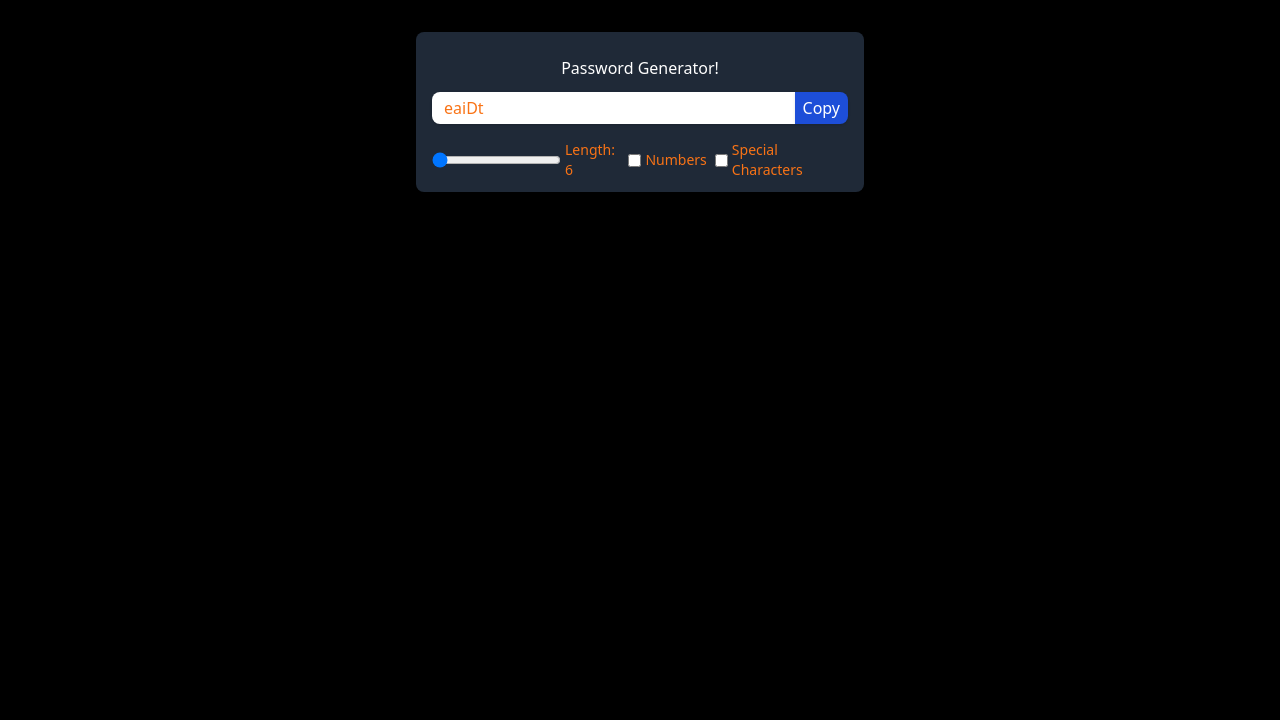
Repository: tirth2014/chai-aur-react
Page: / (app in 05_password-generator/)
An editor plug-in stored every save of this project. The page is shown before and after the next save, followed by the edit.
The browser window is 1280 px wide. The pictures show the whole page.
The project was rebuilt for these pictures with package versions that can differ from the ones it lists, and the page was loaded fresh each time. Also part of the build but not shown: 05_password-generator/vite.config.js.

Above is the page before, as saved 2023-10-08 01:27:09.

### 05_password-generator/src/App.jsx
import { useCallback, useEffect, useState, useRef } from 'react'

function App() {

  const [password, setPassword] = useState('');
  const [length, setLength] = useState(6);
  const [numsAllowed, setNumsAllowed] = useState(false);
  const [spCharAllowed, setSpCharAllowed] = useState(false);

  const passwordRef = useRef(null)

  // useCallback is a React Hook that lets you cache a function definition between re-renders.
  // const cachedFn = useCallback(fn, dependencies)

  const passwordGenerator = useCallback(
    ()=> {
      let pass = ""
      let str = "ABCDEFGHIJKLMNOPQRSTUVWXYZabcdefghijklmnopqrstuvwxyz"
      if (numsAllowed) str += "0123456789"
      if (spCharAllowed) str += "!@#$%^&*-_+=[]{}~`"

      for (let i = 1; i <= length; i++) {
        const strIdx = Math.floor(Math.random() * str.length + 1);
        pass += str.charAt(strIdx);
      }

      setPassword(pass);

    } , [length,numsAllowed,spCharAllowed] )
    // } , [length,numsAllowed,spCharAllowed,setPassword] )
    // we should not include setPassword in the useCallback dependency array, because when this functional component re-renders,
    // the reference of the setPassword function would be different from the setPassword function on previous render.
    // So this would again create the function. This would totally defy the reason why we are using useCallback
    // as the function would again be created on every re-render.

    useEffect(()=> {
      passwordGenerator();
    }, [length, numsAllowed, spCharAllowed, passwordGenerator])

    const copyPassToClipboard = () => {
      passwordRef.current?.select();  // select the copied text. So, that user can know it's copied!
      // passwordRef.current?.setSelectionRange(0, 10);
      window.navigator.clipboard.writeText(password)
    }


  return (
      <div className="w-full max-w-md mx-auto shadow-md rounded-lg px-4 py-3 my-8 bg-gray-800 text-orange-500">
        <h1 className='text-white text-center my-3'>Password Generator!</h1>
        <div className='flex shadow rounded-lg overflow-hidden mb-4'>
          <input
            type="text"
            value={password}
            placeholder='password'
            readOnly
            ref = {passwordRef}
            className='outline-none w-full py-1 px-3'
          />
          <button className='outline-none shadow bg-blue-700 text-white px-2 py-1 shrink-0' onClick={copyPassToClipboard}>Copy</button>
        </div>

        <div className='flex text-sm gap-x-2'>
          <div className='flex items-center gap-x-1'>
            <input
            type="range"
            name="passLength"
            id="passLength"
            min={6}
            max={20}
            value={length}  // If value is not given then even for minLen the cursor will point at maxLen on reload
            className='cursor-pointer'
            onChange={(e) => setLength(e.currentTarget.value)}
            />
            <label htmlFor="passLength" >Length: {length}</label>
          </div>

          <div className='flex items-center gap-x-1'>
            <input
            type="checkbox"
            id='numsAllowed'
            defaultChecked={numsAllowed}
            onChange={() => setNumsAllowed((prev) => !prev)}
            />
            <label htmlFor="numsAllowed">Numbers</label>
          </div>

          <div className='flex items-center gap-x-1'>
            <input
            type="checkbox"
            id='spCharAllowed'
            onChange={() => setSpCharAllowed((prev) => !prev)}
            defaultChecked={spCharAllowed}
            />
            <label htmlFor="spCharAllowed">Special Characters</label>
          </div>

        </div>
      </div>
  )
}

export default App

Loaded but not shown: 05_password-generator/index.html (common file); 05_password-generator/src/main.jsx (common file); 05_password-generator/src/index.css (common file); 05_password-generator/tailwind.config.js (common file)

After the next save:
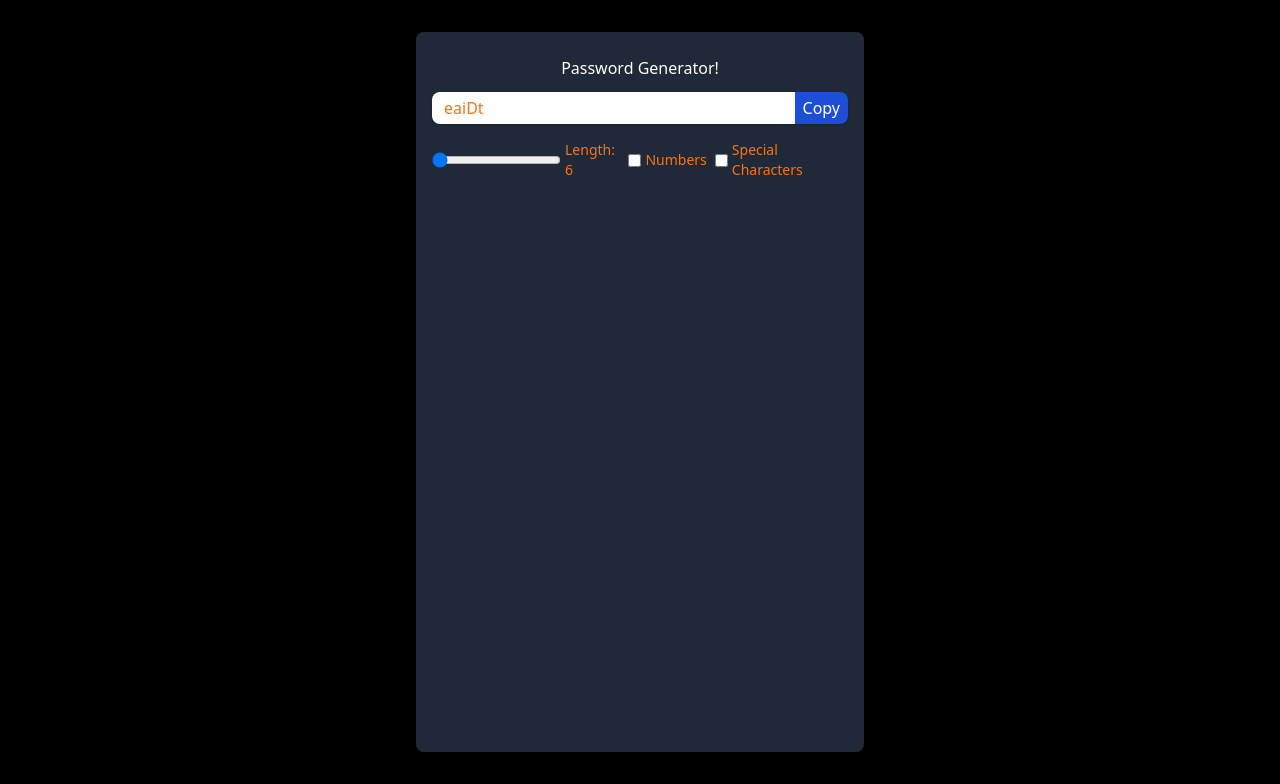
Saved 6 s later.
--- a/05_password-generator/src/App.jsx
+++ b/05_password-generator/src/App.jsx
@@ -45,7 +45,7 @@
 
 
   return (
-      <div className="w-full max-w-md mx-auto shadow-md rounded-lg px-4 py-3 my-8 bg-gray-800 text-orange-500">
+      <div className="w-full h-screen max-w-md mx-auto shadow-md rounded-lg px-4 py-3 my-8 bg-gray-800 text-orange-500">
         <h1 className='text-white text-center my-3'>Password Generator!</h1>
         <div className='flex shadow rounded-lg overflow-hidden mb-4'>
           <input

After the save that followed:
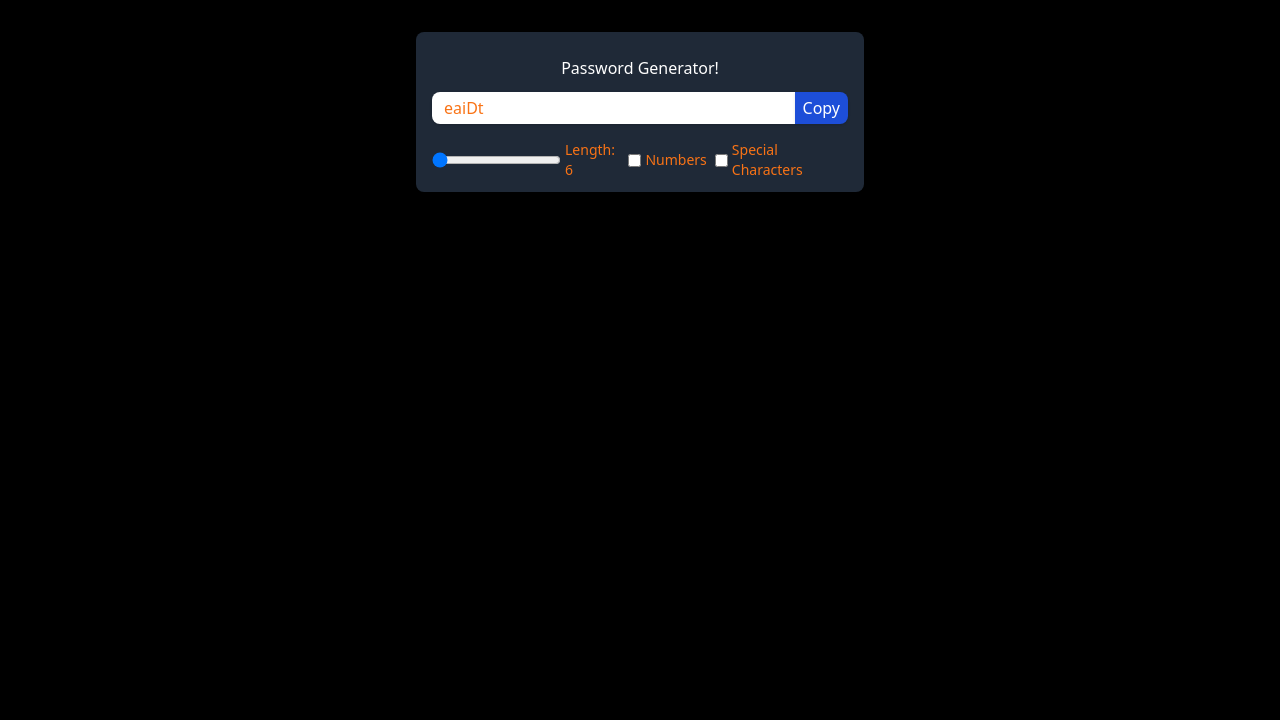
Saved 8 s later.
--- a/05_password-generator/src/App.jsx
+++ b/05_password-generator/src/App.jsx
@@ -45,7 +45,7 @@
 
 
   return (
-      <div className="w-full h-screen max-w-md mx-auto shadow-md rounded-lg px-4 py-3 my-8 bg-gray-800 text-orange-500">
+      <div className="w-full max-w-md mx-auto shadow-md rounded-lg px-4 py-3 my-8 bg-gray-800 text-orange-500">
         <h1 className='text-white text-center my-3'>Password Generator!</h1>
         <div className='flex shadow rounded-lg overflow-hidden mb-4'>
           <input
